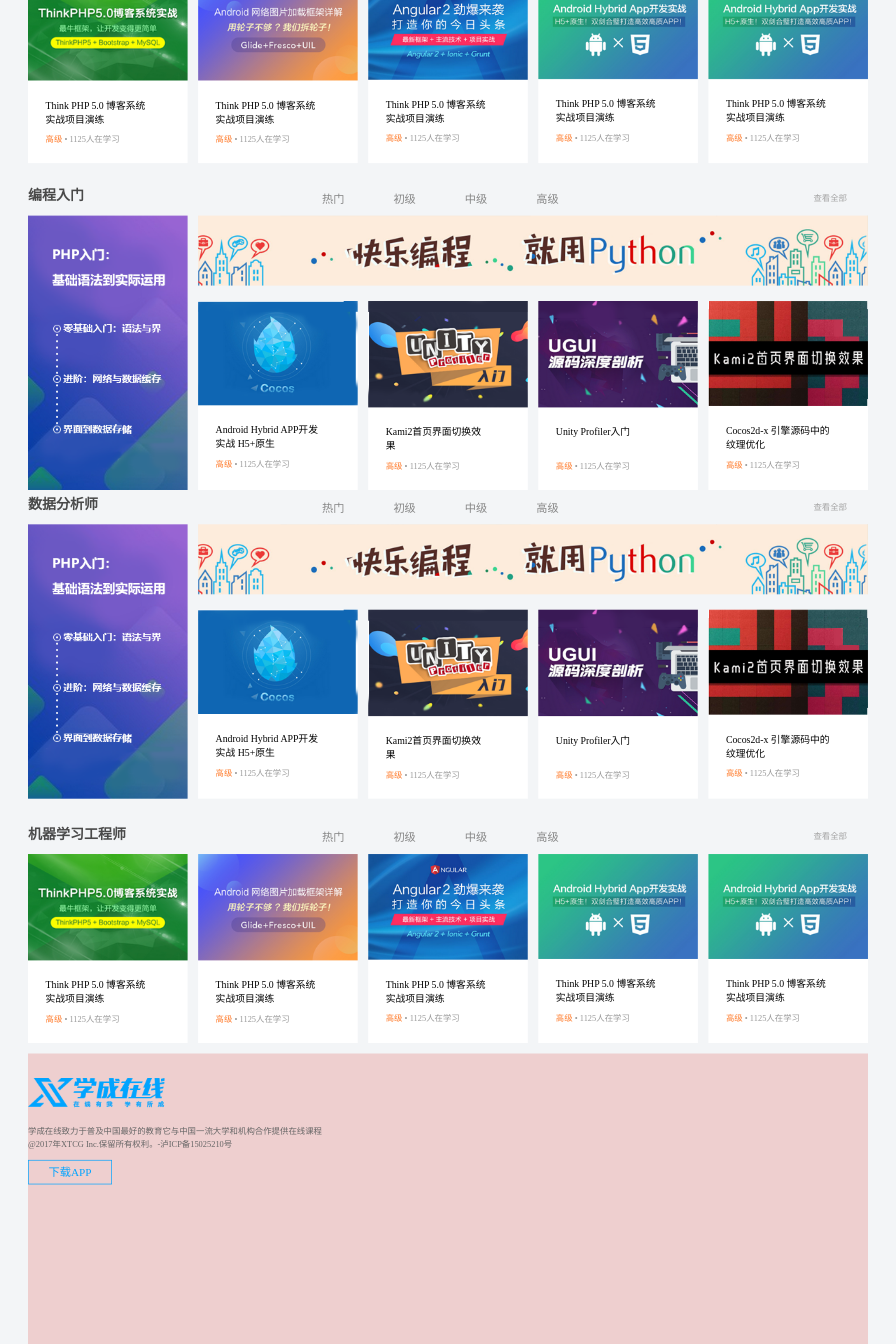
Repository: ywq0312/XueCheng
Page: index.html
An editor plug-in stored every save of this project. The page is shown before and after the next save, followed by the edit.
The browser window is 1280 px wide. The pictures show the part of the page from y = 990 to 2910 px (the page is 2910 px tall), at 70% of full size.

Above is the page before, as saved 2021-05-19 15:21:03.

After the next save:
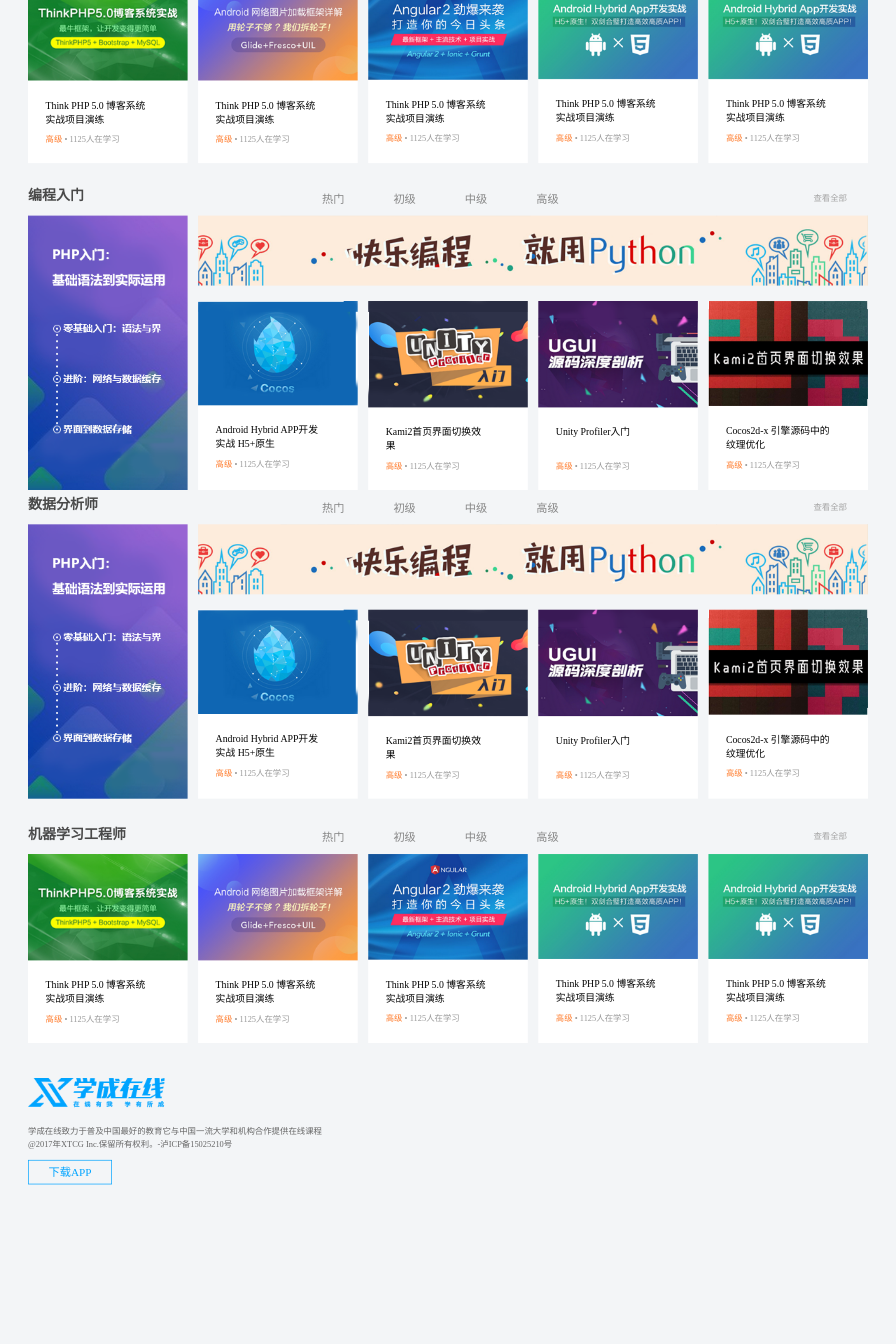
Saved 9 s later.
--- a/css/style.css
+++ b/css/style.css
@@ -291,7 +291,6 @@
 /* 页脚部分 */
 .footer{
     height: 415px;
-    background: rgb(238, 207, 207);
     /* margin-top: 20px; */
 }
 .footer .w{
